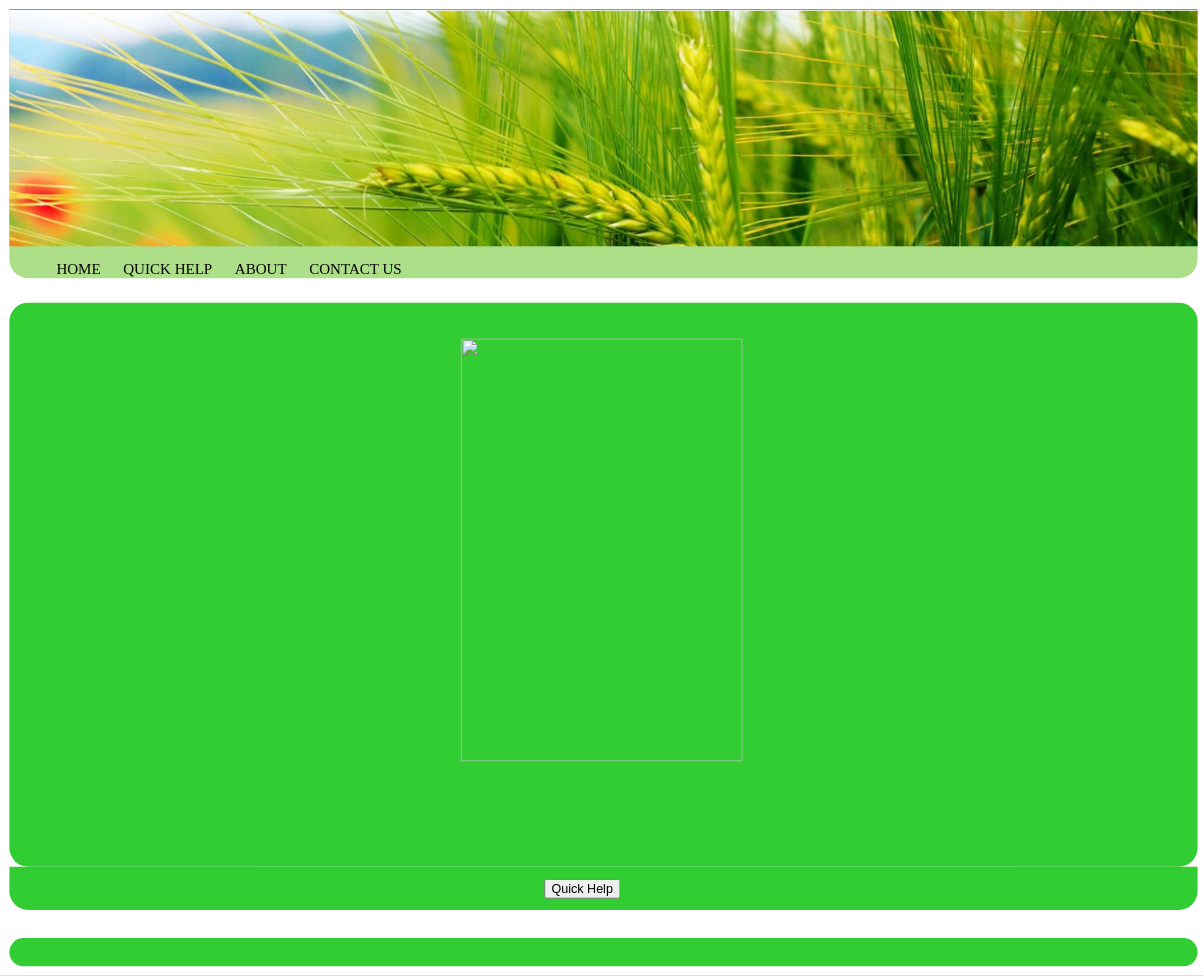
Repository: shivamtyagi1234/FarmoFriend
Page: http://localhost/FarmoFriend/
The author's editor kept a copy of each file at every save. The page is drawn from the files as they stood at one save, then again after the next save.
The browser window is 1280 px wide. The pictures show the whole page, at 94% of full size.
The page is served by Tomcat 9.

Above is the page before, as saved 2019-11-03 06:47:12.
Not found: FarmoFriend/FarmoFriend/images/home1.jpg

After the next save:
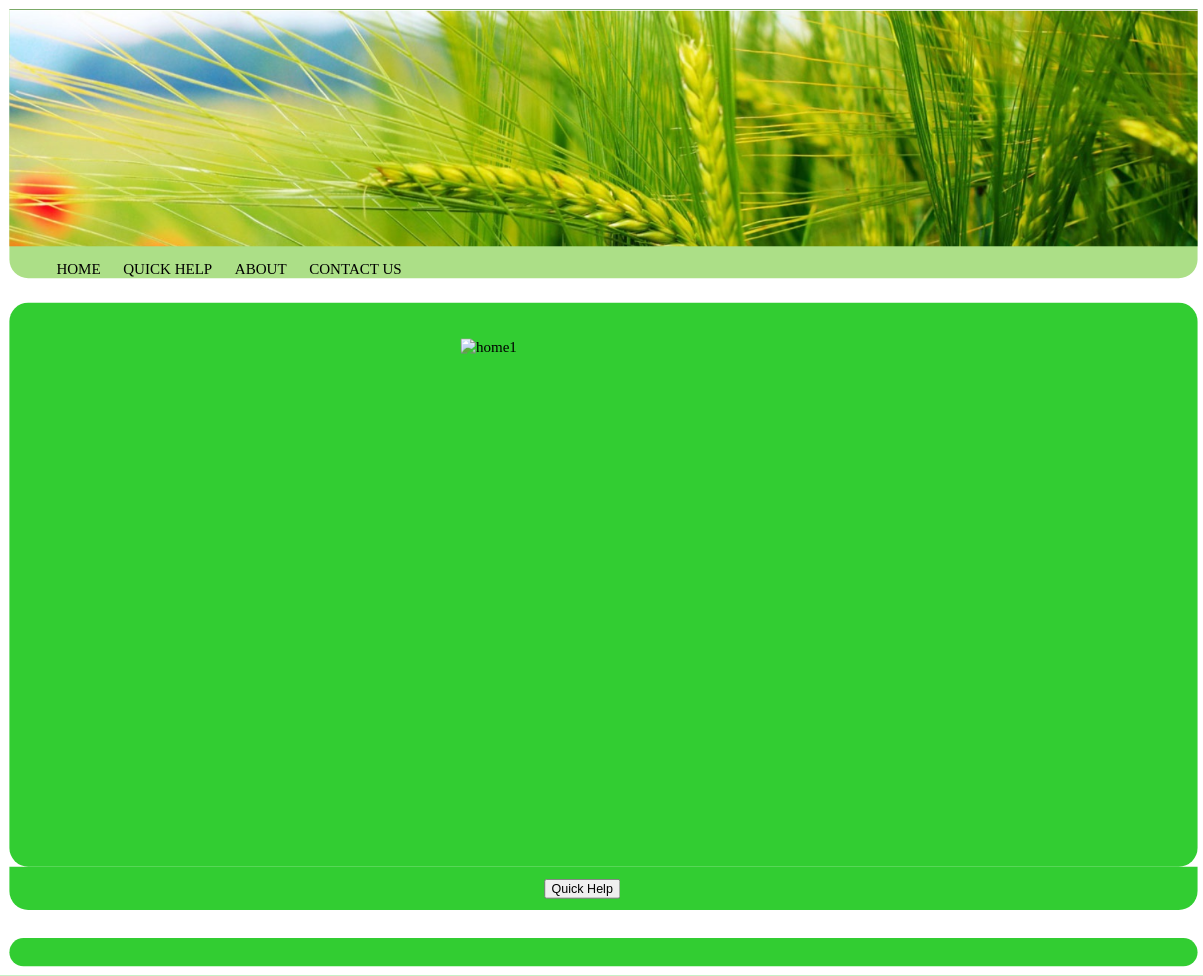
Saved 24 s later.
--- a/FarmoFriend/WebContent/home.jsp
+++ b/FarmoFriend/WebContent/home.jsp
@@ -64,7 +64,7 @@ height:30px;
 </div>
 <div id="blank1"></div>
 <div id="homeBody">
-<img alt="" src="images\home1.jpg" >
+<img alt="home1" src="images\home1.jpg" >
 <br>
 </div>
 <div id="vote">
